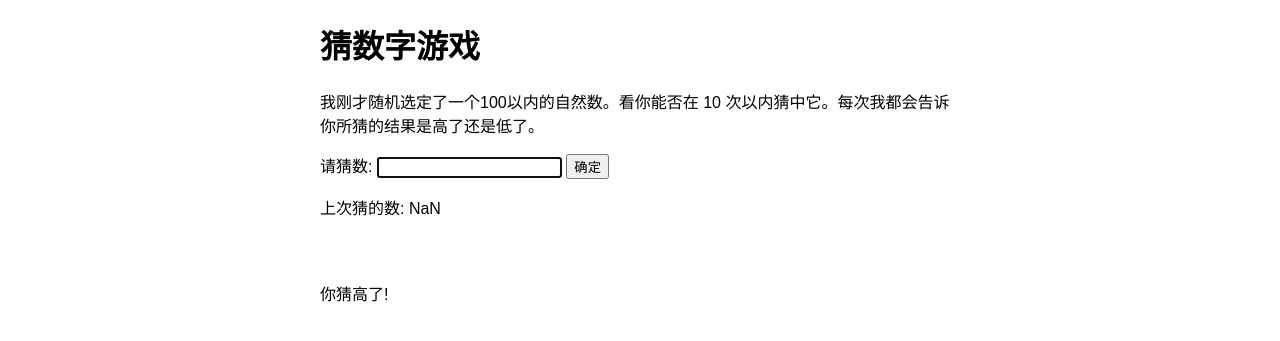
Repository: Valhally/web-projects
Page: sample-site/index.html
The author's editor kept a copy of each file at every save. The page is drawn from the files as they stood at one save, then again after the next save.
The browser window is 1280 px wide. The pictures show the whole page.
Empty fields were first filled with sample values (such as "Sample", 5 or name@example.com).
After loading, the first visible `input.guessSubmit` was clicked once.

Above is the page before, as saved 2021-08-21 20:21:20.

### sample-site/index.html
<!DOCTYPE html>
<html>
  <head>
    <meta charset="utf-8">
    <title>猜数字游戏</title>
    <style>
      html {
        font-family: sans-serif;
      }

      body {
        width: 50%;
        max-width: 800px;
        min-width: 480px;
        margin: 0 auto;
      }

      .lastResult {
        color: white;
        padding: 3px;
      }
    </style>
  </head>

  <body>
    <h1>猜数字游戏</h1>

    <p>我刚才随机选定了一个100以内的自然数。看你能否在 10 次以内猜中它。每次我都会告诉你所猜的结果是高了还是低了。</p>

    <div class="form">
      <label for="guessField">请猜数: </label>
      <input type="text" id="guessField" class="guessField">
      <input type="submit" value="确定" class="guessSubmit">
    </div>

    <div class="resultParas">
      <p class="guesses"></p>
      <p class="lastResult"></p>
      <p class="lowOrHigh"></p>
    </div>

    <script src = "resources/main.js" async></script>
  </body>
</html>

### sample-site/resources/main.js
let randomNumber = Math.floor(Math.random() * 100) + 1;

const guesses = document.querySelector('.guesses');
const lastResult = document.querySelector('.lastResult');
const lowOrHigh = document.querySelector('.lowOrHigh');

const guessSubmit = document.querySelector('.guessSubmit');
const guessField = document.querySelector('.guessField');

let guessCount = 1;
let resetButton;

guessSubmit.addEventListener('click', checkGuess);

function checkGuess() {
    let userGuess = Number(guessField.value);
    if(guessCount === 1) guesses.textContent = '上次猜的数: ';
    guesses.textContent += userGuess + ' ';

    if(userGuess === randomNumber) {
        lastResult.textContent = '恭喜你, 猜对了!';
        //lastResult.style.backgroundColor = 'green';
        lowOrHigh.textContent = '';
        setGameOver();
    } else if(guessCount === 10) {
        lastResult.textContent = '!!!Game Over!!!';
        setGameOver();
    } else {
        lastResult.textContent = '你猜错了!';
        //lastResult.style.backgroundColor = 'red';
        if(userGuess < randomNumber)
            lowOrHigh.textContent = '你猜低了!';
        else
            lowOrHigh.textContent = '你猜高了!';
    }

    guessCount++;
    guessField.value = '';
    guessField.focus();
}

function setGameOver() {
    guessField.disabled = true;
    guessSubmit.disabled = true;
    resetButton = document.createElement('button');
    resetButton.textContent = '开始新游戏';
    document.body.appendChild(resetButton);
    resetButton.addEventListener('click', resetGame);
}

function resetGame() {
    guessCount = 1;

    const resetParas = document.querySelectorAll('.resultParas p');
    for(let i = 0; i < resetParas.length; ++i)
    resetParas[i].textContent = '';

    resetButton.parentNode.removeChild(resetButton);

    guessField.disabled = false;
    guessSubmit.disabled = false;
    guessField.value = '';
    guessField.focus();

    lastResult.style.backgroundColor = 'white';

    randomNumber = Math.floor(Math.random() * 100) + 1;
}

After the next save:
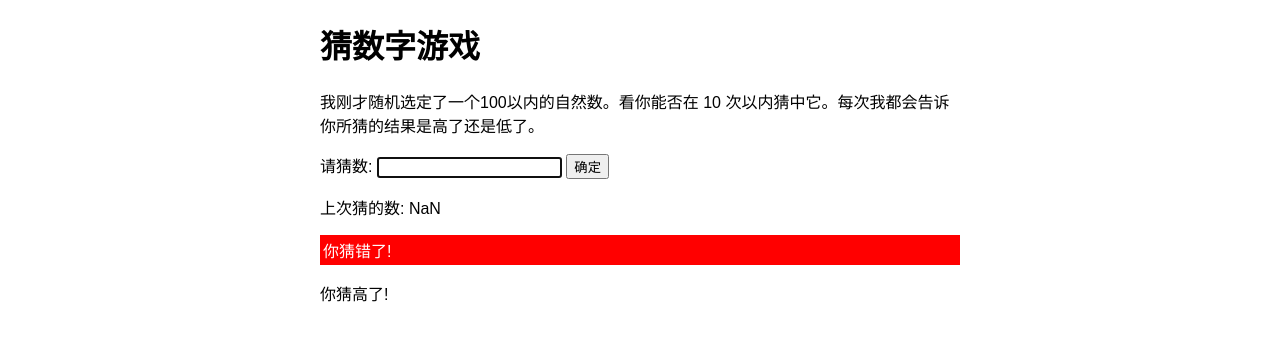
Saved 16 s later.
--- a/sample-site/resources/main.js
+++ b/sample-site/resources/main.js
@@ -19,7 +19,7 @@
 
     if(userGuess === randomNumber) {
         lastResult.textContent = '恭喜你, 猜对了!';
-        //lastResult.style.backgroundColor = 'green';
+        lastResult.style.backgroundColor = 'green';
         lowOrHigh.textContent = '';
         setGameOver();
     } else if(guessCount === 10) {
@@ -27,7 +27,7 @@
         setGameOver();
     } else {
         lastResult.textContent = '你猜错了!';
-        //lastResult.style.backgroundColor = 'red';
+        lastResult.style.backgroundColor = 'red';
         if(userGuess < randomNumber)
             lowOrHigh.textContent = '你猜低了!';
         else
